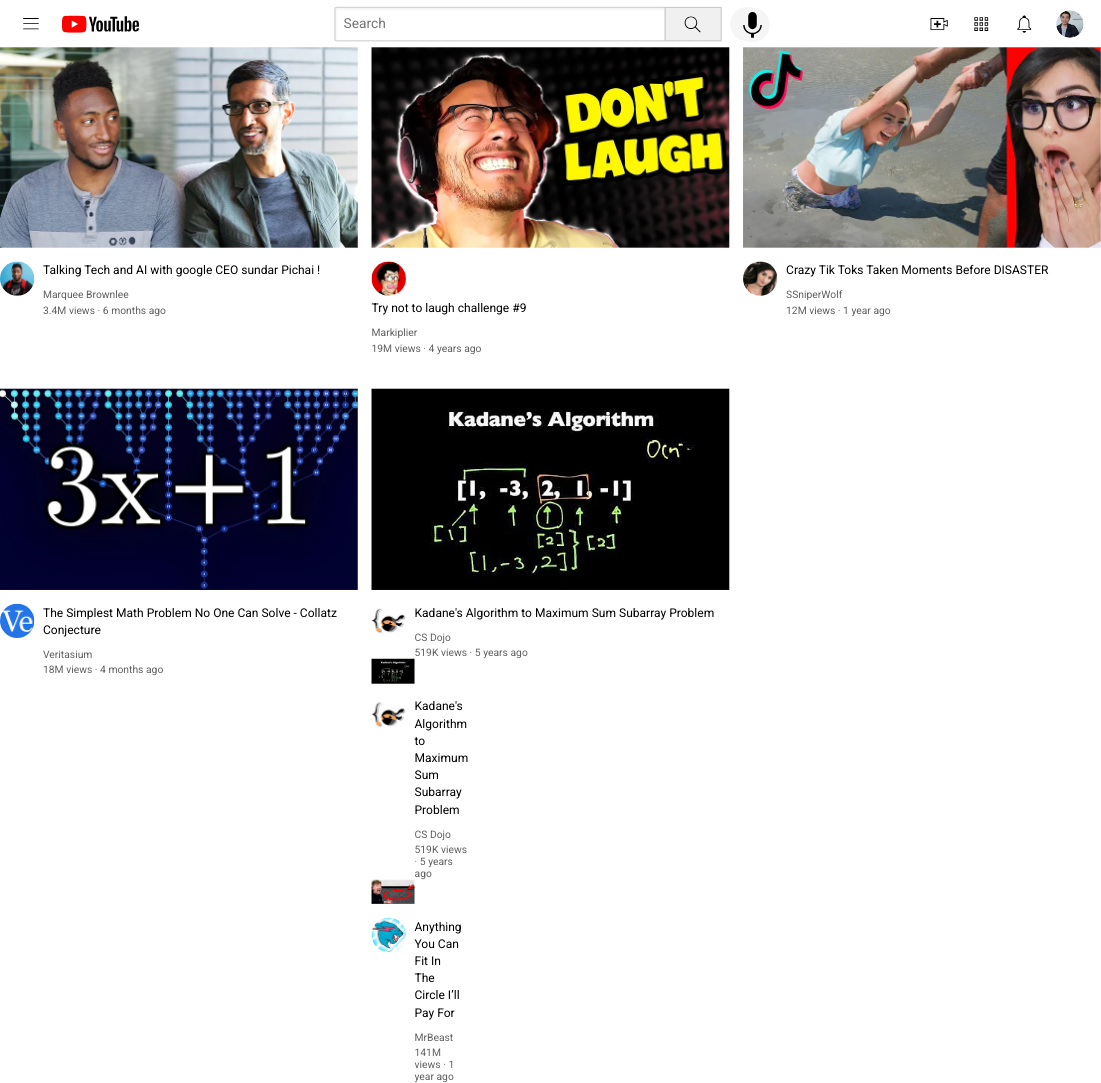
Repository: knowledgeAlan/html-css-thirteen
Page: youtube.html
The author's editor kept a copy of each file at every save. The page is drawn from the files as they stood at one save, then again after the next save.
The browser window is 1280 px wide. The pictures show the whole page, at 86% of full size.

Above is the page before, as saved 2024-03-19 18:23:04.

After the next save:
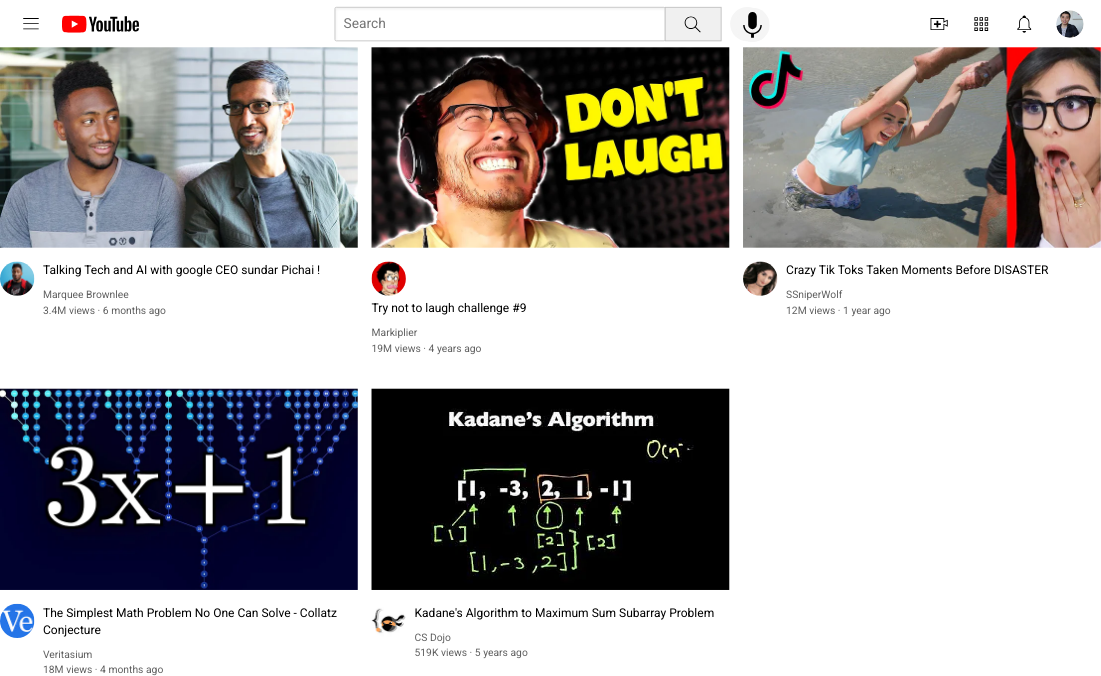
Saved 26 s later.
--- a/youtube.html
+++ b/youtube.html
@@ -193,62 +193,9 @@
               </div>
             </div>
 
-            <div class="video-preview">
-                <div class="thumbnail-row">
-                    <img class="thumbnail" src="thumbnails/thumbnail-5.webp">
-                </div>
-
-
-
-                    <div class="video-info-grid">
-                        <div class="channel-picture">
-                            <img class="profile-picture" src="channel-pictures/channel-5.jpeg">
-                        </div>
-
-                        <div class="video-info">
-
-                            <p class="video-title">
-                                Kadane's Algorithm to Maximum Sum Subarray Problem
-                            </p>
-
-                            <p class="video-author">
-                                CS Dojo
-                            </p>
-
-                            <p class="video-stats">
-                                519K views &#183; 5 years ago
-                            </p>
-                        <div>
-
-              </div>
-            </div>
-
-
-            <div class="video-preview">
-                <div class="thumbnail-row">
-                    <img class="thumbnail" src="thumbnails/thumbnail-6.webp">
-                </div>
-
-                <div class="video-info-grid">
-                    <div class="channel-picture">
-                        <img class="profile-picture" src="channel-pictures/channel-6.jpeg">
-                    </div>
-                    <div class="video-info">
-                        <p class="video-title">
-                            Anything You Can Fit In The Circle I’ll Pay For
-                        </p>
-
-                        <p class="video-author">
-                            MrBeast
-                        </p>
-
-                        <p class="video-stats">
-                            141M views &#183; 1 year ago
-                        </p>
-                    </div>
-                </div>
-
-            </div>
+
+
+
 
 
         </div>
